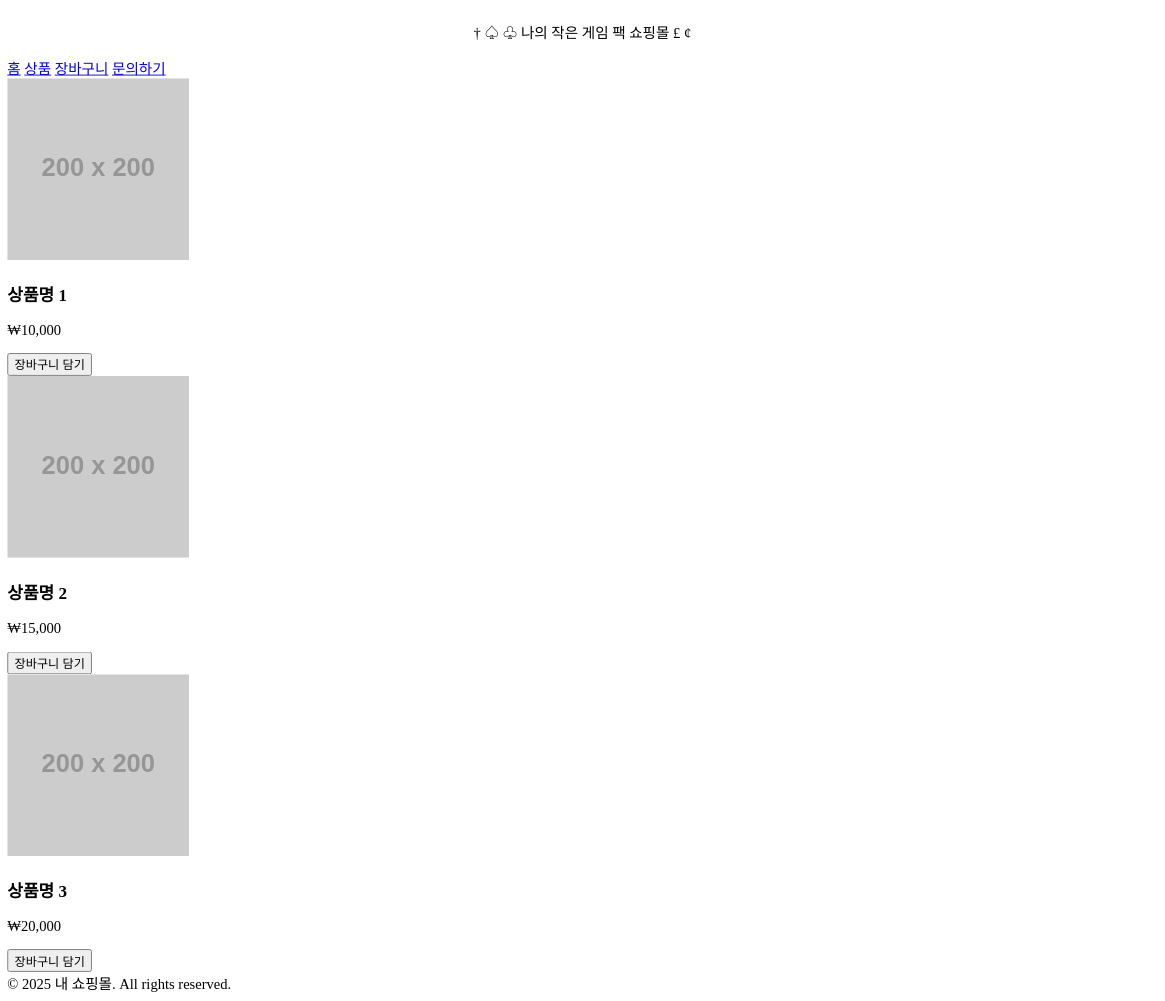
Repository: SeungYeon04/A_AssetsJSP
Page: http://localhost/JSP_Start01/
An editor plug-in stored every save of this project. The page is shown before and after the next save, followed by the edit.
The browser window is 1280 px wide. The pictures show the whole page, at 91% of full size.
Some web fonts or font styles are not loaded; a fallback is used. The page is served by Tomcat 9.

Above is the page before, as saved 2025-03-11 05:23:50.

### JSP_Start01/src/main/webapp/index.jsp
<%@ page language="java" contentType="text/html; charset=UTF-8"
    pageEncoding="UTF-8"%>
<!DOCTYPE html>
<html>
<head>
<meta charset="UTF-8">
<title>Insert title here</title>
</head>
<body>
	<header>† ♤ ♧  나의 작은 게임 팩 쇼핑몰 £ ¢</header>

    <nav>
        <a href="#">홈</a>
        <a href="#">상품</a>
        <a href="#">장바구니</a>
        <a href="#">문의하기</a>
    </nav>

    <div class="container">
        <div class="product">
            <img src="https://via.placeholder.com/200" alt="상품1">
            <h3>상품명 1</h3>
            <p>₩10,000</p>
            <button>장바구니 담기</button>
        </div>

        <div class="product">
            <img src="https://via.placeholder.com/200" alt="상품2">
            <h3>상품명 2</h3>
            <p>₩15,000</p>
            <button>장바구니 담기</button>
        </div>

        <div class="product">
            <img src="https://via.placeholder.com/200" alt="상품3">
            <h3>상품명 3</h3>
            <p>₩20,000</p>
            <button>장바구니 담기</button>
        </div>
    </div>

    <footer>© 2025 내 쇼핑몰. All rights reserved.</footer>
    <style>

    	body {
    		font-family: 'Ownglyph_ParkDaHyun';
    	}

    	header {
    		text-align: center;
    		padding: 15px 0;
    	}



	    @font-face {
		    font-family: 'Ownglyph_ParkDaHyun';
		    src: url('https://fastly.jsdelivr.net/gh/projectnoonnu/2411-3@1.0/Ownglyph_ParkDaHyun.woff2') format('woff2');
		    font-weight: normal;
		    font-style: normal;
		}

		nav {


		}


    </style>
</body>
</html>

After the next save:
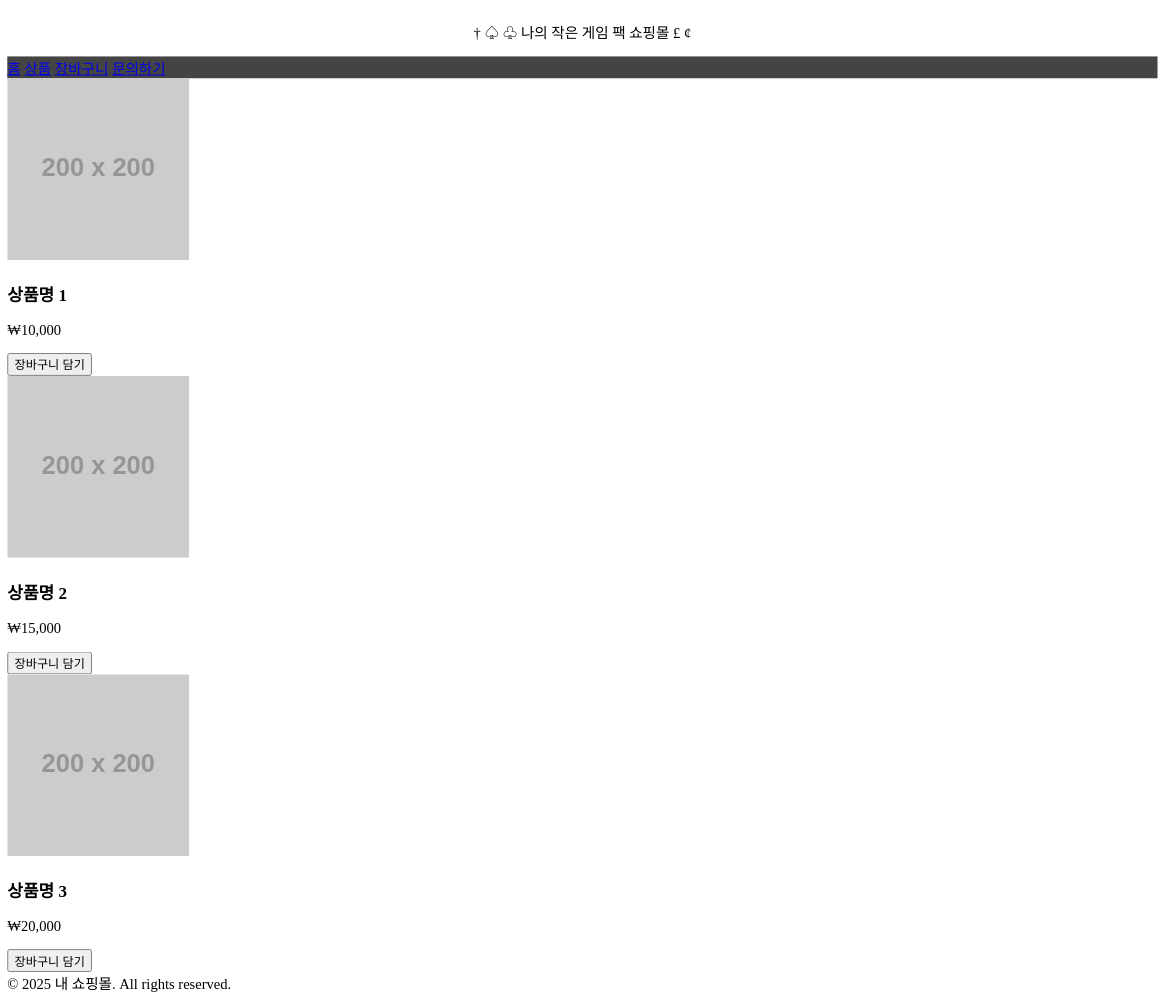
Saved 6 s later.
--- a/JSP_Start01/src/main/webapp/index.jsp
+++ b/JSP_Start01/src/main/webapp/index.jsp
@@ -61,7 +61,7 @@
 		}
 
 		nav {
-
+			background: #444;
 
 		}
 
